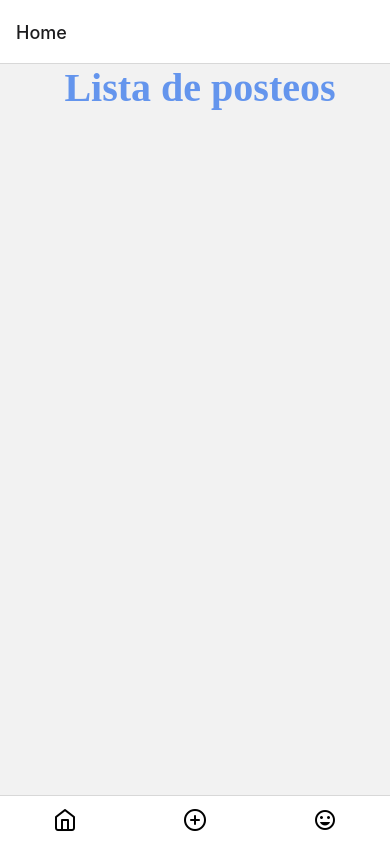
Repository: larafernandezo/finalprog3
Screen: /Menu
An editor plug-in stored every save of this project. The screen is shown before and after the next save, followed by the edit.
The page's requests for data from a server got no answer. The app was drawn by React Native's web renderer in a window 390 px wide. The project was rebuilt for these pictures with package versions that can differ from the ones it lists, and the page was loaded fresh each time. No one was signed in, and anything a server would have sent is missing. Also part of the build but not shown: src/components/Camera.js, src/screens/Registro.js, src/components/Post.js, src/screens/MiPerfil.js, src/screens/NuevoPost.js, src/screens/Perfil.js.

Above is the screen before, as saved 2022-11-22 11:29:28.

After the next save:
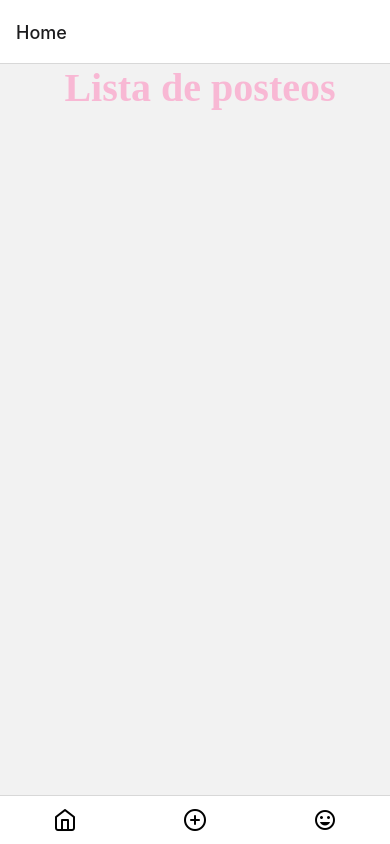
Saved 2 min 8 s later.
--- a/src/screens/Home.js
+++ b/src/screens/Home.js
@@ -50,7 +50,7 @@ const styles = StyleSheet.create({
         fontWeight:'bold',
         textAlign:'center',
         fontFamily: 'raleway heavy',
-        color: 'rgb(100, 149, 237)'
+        color: '#f8b8d4'
 
     },
     view:{
